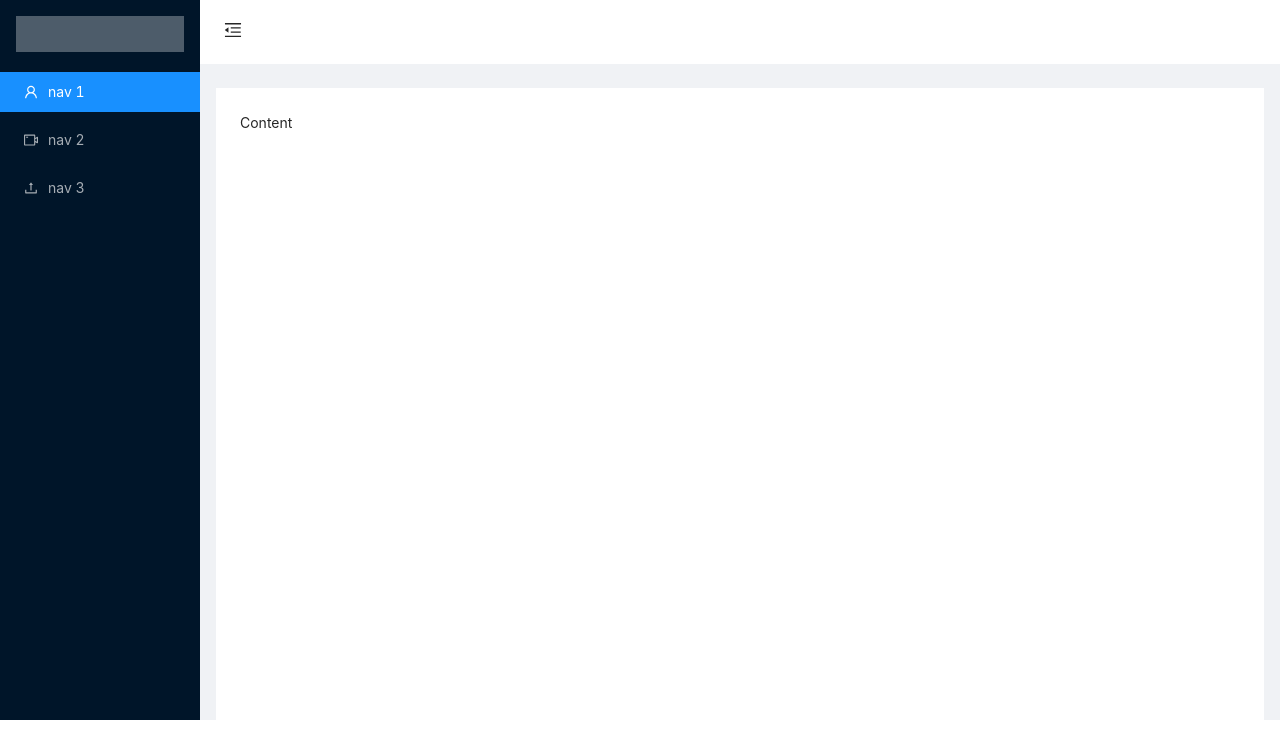
Repository: tiendungjr123/ant-design
Page: /
The author's editor kept a copy of each file at every save. The page is drawn from the files as they stood at one save, then again after the next save.
The browser window is 1280 px wide. The pictures show the whole page.
The project was rebuilt for these pictures with package versions that can differ from the ones it lists, and the page was loaded fresh each time.

Above is the page before, as saved 2022-09-28 21:55:05.

### src/index.js
import React from 'react';
import ReactDOM from 'react-dom/client';
import App from './App';
import "antd/dist/antd.css";
const root = ReactDOM.createRoot(document.getElementById('root'));
root.render(
  <React.StrictMode>
    <App />
  </React.StrictMode>
);

// If you want to start measuring performance in your app, pass a function
// to log results (for example: reportWebVitals(console.log))
// or send to an analytics endpoint. Learn more: https://bit.ly/CRA-vitals

### src/App.js
import {
  MenuFoldOutlined,
  MenuUnfoldOutlined,
  UploadOutlined,
  UserOutlined,
  VideoCameraOutlined,
} from '@ant-design/icons';
import { Layout, Menu } from 'antd';
import React, { useState } from 'react';
import './App.css'
const { Header, Sider, Content } = Layout;

const App = () => {
  const [collapsed, setCollapsed] = useState(false);
  return (
    <Layout style={{ maxHeight: '100vh' }}>
      <Sider trigger={null} collapsible collapsed={collapsed}>
        <div className="logo"
          style={{
            height: '36px', margin: '16px',
            background: 'rgba(255, 255, 255, 0.3)'
          }}
        />
        <Menu
          theme="dark"
          mode="inline"
          defaultSelectedKeys={['1']}
          items={[
            {
              key: '1',
              icon: <UserOutlined />,
              label: 'nav 1',
            },
            {
              key: '2',
              icon: <VideoCameraOutlined />,
              label: 'nav 2',
            },
            {
              key: '3',
              icon: <UploadOutlined />,
              label: 'nav 3',
            },
          ]}
        />
      </Sider>
      <Layout className="site-layout">
        <Header
          className="site-layout-background"
          style={{
            padding: 0,
          }}
        >
          {React.createElement(collapsed ? MenuUnfoldOutlined : MenuFoldOutlined, {
            className: 'trigger',
            onClick: () => setCollapsed(!collapsed),
          })}
        </Header>
        <Content
          className="site-layout-background"
          style={{
            margin: '24px 16px',
            padding: 24,
            minHeight: '90vh',
          }}
        >
          Content
        </Content>
      </Layout>
    </Layout>
  );
};
export default App;

### src/App.css

.trigger {
  padding: 0 24px;
  font-size: 18px;
  line-height: 64px;
  cursor: pointer;
  transition: color 0.3s;
}

.trigger:hover {
  color: #1890ff;
}

.logo {
  height: 32px;
  margin: 16px;
  background: rgba(255, 255, 255, 0.3);
}

.site-layout .site-layout-background {
  background: #fff;
}

Loaded but not shown: public/index.html (common file)

After the next save:
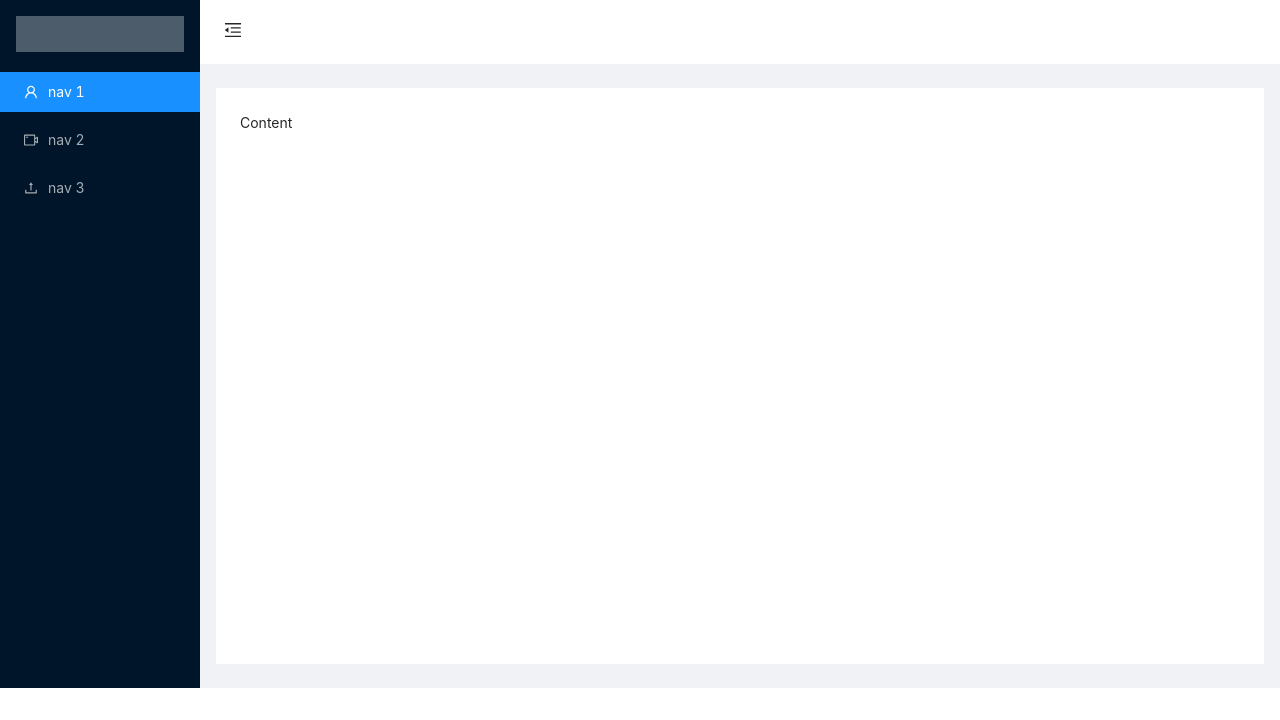
Saved 6 s later.
--- a/src/App.js
+++ b/src/App.js
@@ -61,7 +61,7 @@ const App = () => {
           style={{
             margin: '24px 16px',
             padding: 24,
-            minHeight: '90vh',
+            minHeight: '80vh',
           }}
         >
           Content
